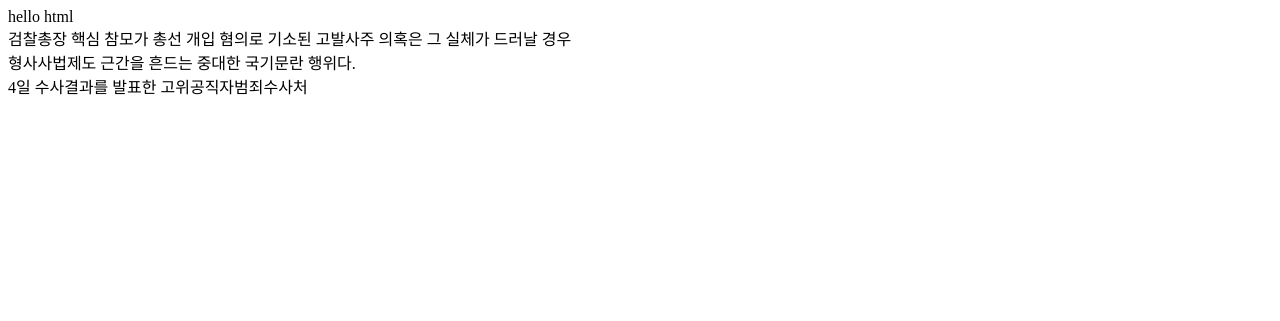
Repository: xsa1113/posco_ict
Page: html/TestSample/WebContent/index.html
The author's editor kept a copy of each file at every save. The page is drawn from the files as they stood at one save, then again after the next save.
The browser window is 1280 px wide. The pictures show the whole page.

Above is the page before, as saved 2022-05-04 06:41:21.

After the next save:
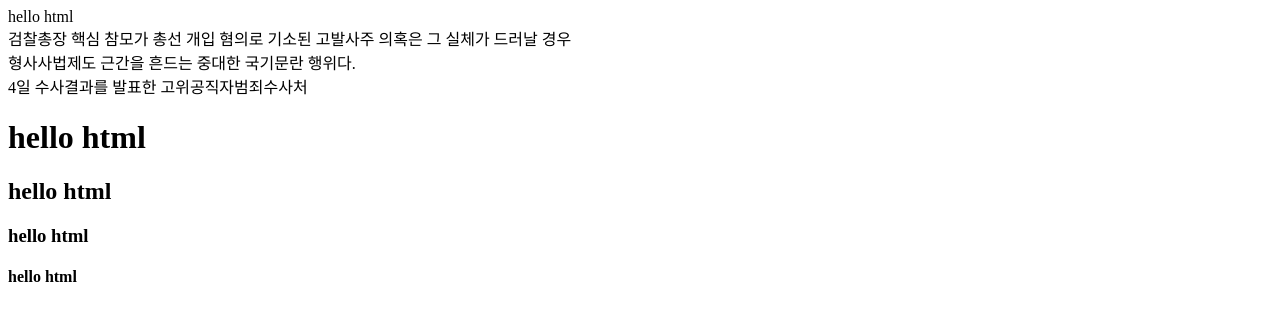
Saved 4 min 32 s later.
--- a/html/TestSample/WebContent/index.html
+++ b/html/TestSample/WebContent/index.html
@@ -25,5 +25,13 @@ hello html
  형사사법제도 근간을 흔드는 중대한 국기문란 행위다.<br>
  4일 수사결과를 발표한 고위공직자범죄수사처<br>
 
+
+ <!-- heading -->
+
+ <h1>hello html</h1>
+ <h2>hello html</h2>
+ <h3>hello html</h3>
+ <h4>hello html</h4>
+
 </body>
 </html>
